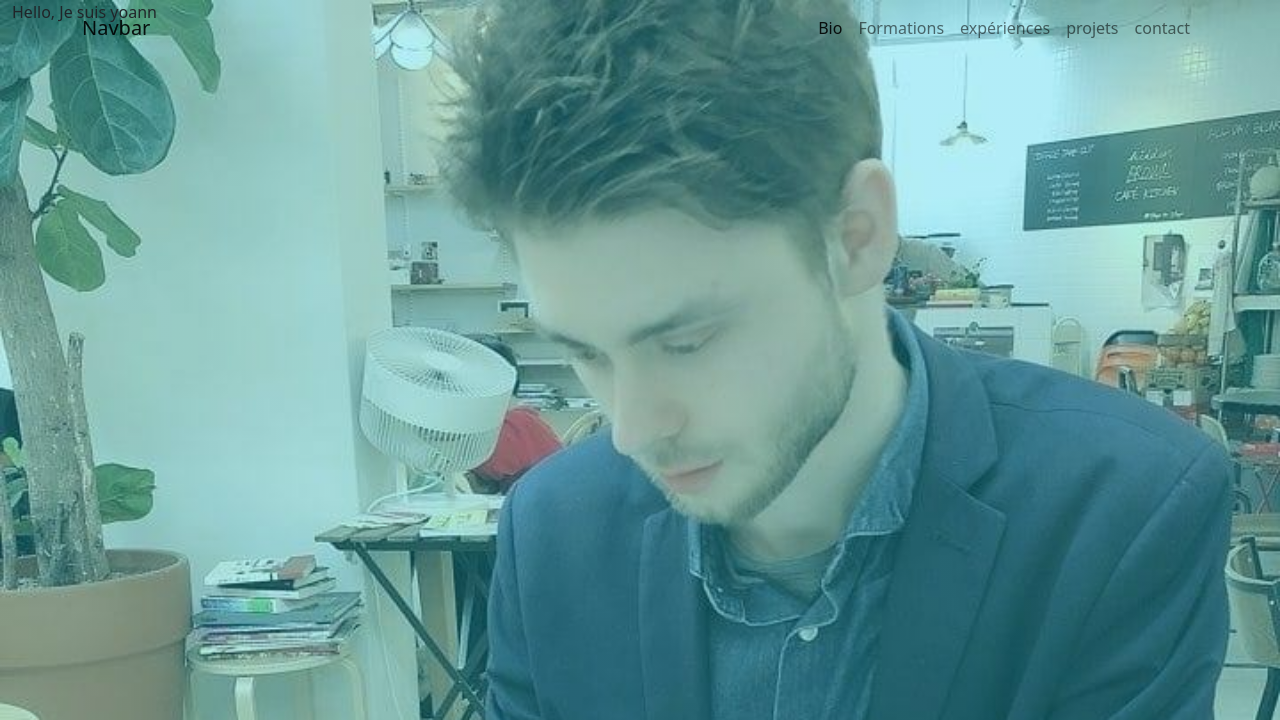
Repository: ypiard85/port-folio-bootstrap-yoann-2021
Page: index.html
The author's editor kept a copy of each file at every save. The page is drawn from the files as they stood at one save, then again after the next save.
The browser window is 1280 px wide. The pictures show the whole page.

Above is the page before, as saved 2021-03-09 12:20:57.

After the next save:
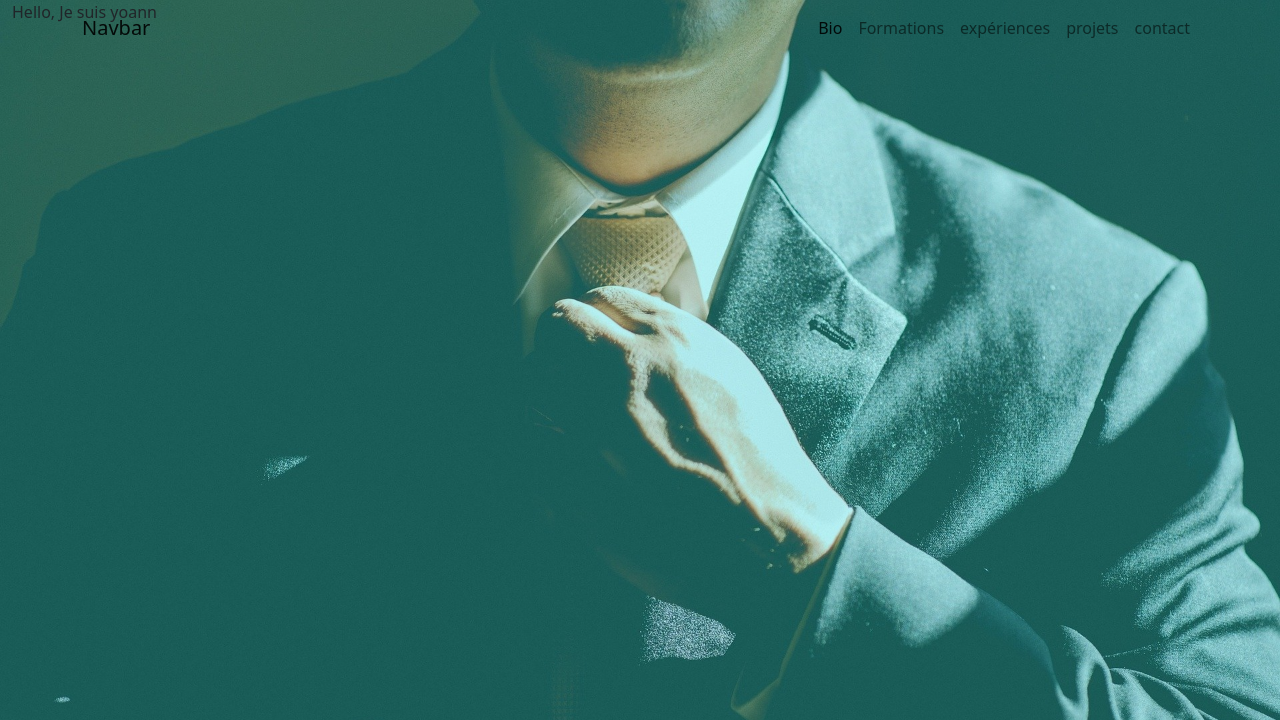
Saved 2 min 6 s later.
--- a/resource/style.css
+++ b/resource/style.css
@@ -5,7 +5,7 @@
 header{
     height: 100vh;
     background: gray;
-    background-image: linear-gradient(90deg, rgba(0,231,249,0.2780462526807598) 100%, rgba(0,4,24,0.4405112386751575) 74%), url('./image/yoann_study.jpg');
+    background-image: linear-gradient(90deg, rgba(0,231,249,0.2780462526807598) 100%, rgba(0,4,24,0.4405112386751575) 74%), url('./image/about-section.jpg');
     background-repeat: no-repeat;
     background-size: cover;
     background-position: top center;
